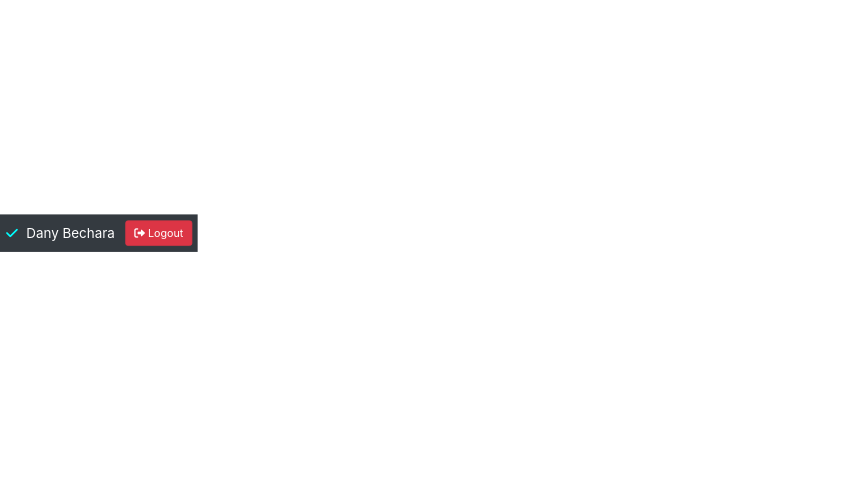
Repository: bechara611/calendar-frontend
Page: /
The author's editor kept a copy of each file at every save. The page is drawn from the files as they stood at one save, then again after the next save.
The browser window is 1280 px wide. The pictures show the whole page, at 67% of full size.
The project was rebuilt for these pictures with package versions that can differ from the ones it lists, and the page was loaded fresh each time. Also part of the build but not shown: vite.config.js. Imported but missing from the stored project, and not drawn on this page: src/auth.

Above is the page before, as saved 2023-01-04 14:21:37.

After the next save:
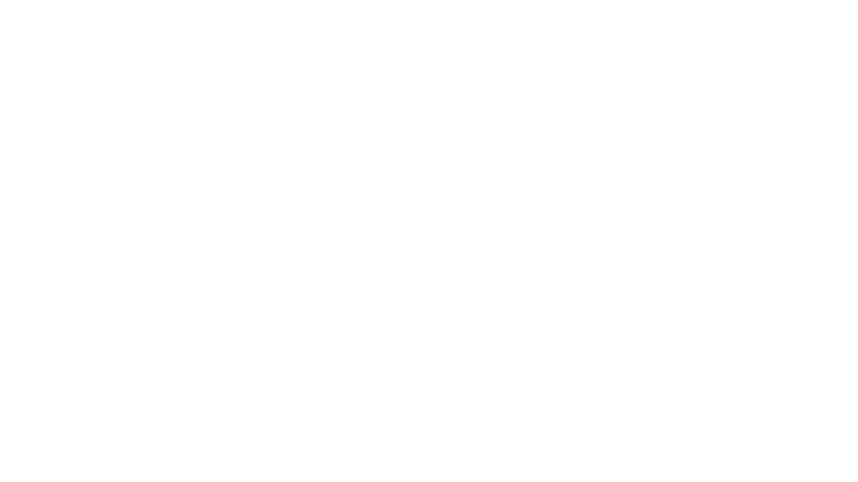
Console error: ReferenceError: enUS is not defined
Saved 15 min 1 s later.
--- a/src/calendar/pages/CalendarPages.jsx
+++ b/src/calendar/pages/CalendarPages.jsx
@@ -1,8 +1,30 @@
 import React from 'react'
+import { Calendar, dateFnsLocalizer } from 'react-big-calendar'
 import { NavBar } from '../components/NavBar'
 
 export const CalendarPages = () => {
+  const locales = {
+    'en-US': enUS,
+  }
+
+  const localizer = dateFnsLocalizer({
+    format,
+    parse,
+    startOfWeek,
+    getDay,
+    locales,
+  })
   return (
- <NavBar></NavBar>
+    <>
+    <NavBar></NavBar>
+    <Calendar
+    localizer={localizer}
+    events={myEventsList}
+    startAccessor="start"
+    endAccessor="end"
+    style={{ height: 500 }}
+  />
+    </>
+
   )
 }

After the 5 saves that followed:
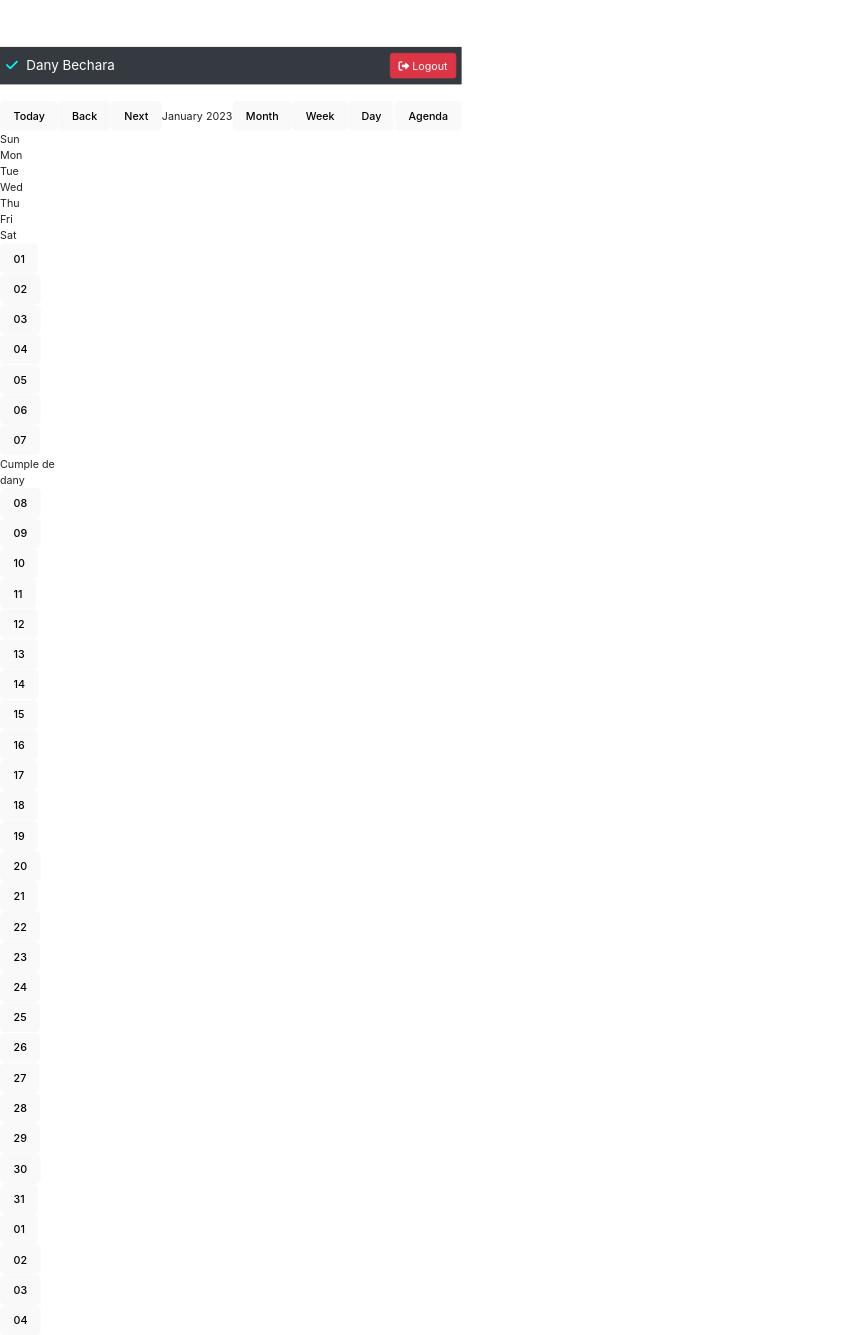
The error is gone.
The 5 saves are shown as one change because 4 left the picture as it was.
The last was saved 5 min 24 s later.
--- a/src/calendar/pages/CalendarPages.jsx
+++ b/src/calendar/pages/CalendarPages.jsx
@@ -1,25 +1,38 @@
+import { addHours,format,parse,startOfWeek,getDay,enUS } from 'date-fns'
 import React from 'react'
 import { Calendar, dateFnsLocalizer } from 'react-big-calendar'
 import { NavBar } from '../components/NavBar'
 
+
+const locales = {
+  'en-US': enUS,
+}
+
+const localizer = dateFnsLocalizer({
+  format,
+  parse,
+  startOfWeek,
+  getDay,
+  locales,
+})
+
+const events = [{
+  title:'Cumple de dany',
+  notes:'Torta para Dany',
+  start: new Date(),
+  end: addHours(new Date(),1),
+  bgColor:'#fafafa',
+  user:{}
+}]
+
 export const CalendarPages = () => {
-  const locales = {
-    'en-US': enUS,
-  }
 
-  const localizer = dateFnsLocalizer({
-    format,
-    parse,
-    startOfWeek,
-    getDay,
-    locales,
-  })
   return (
     <>
     <NavBar></NavBar>
     <Calendar
     localizer={localizer}
-    events={myEventsList}
+    events={events}
     startAccessor="start"
     endAccessor="end"
     style={{ height: 500 }}
